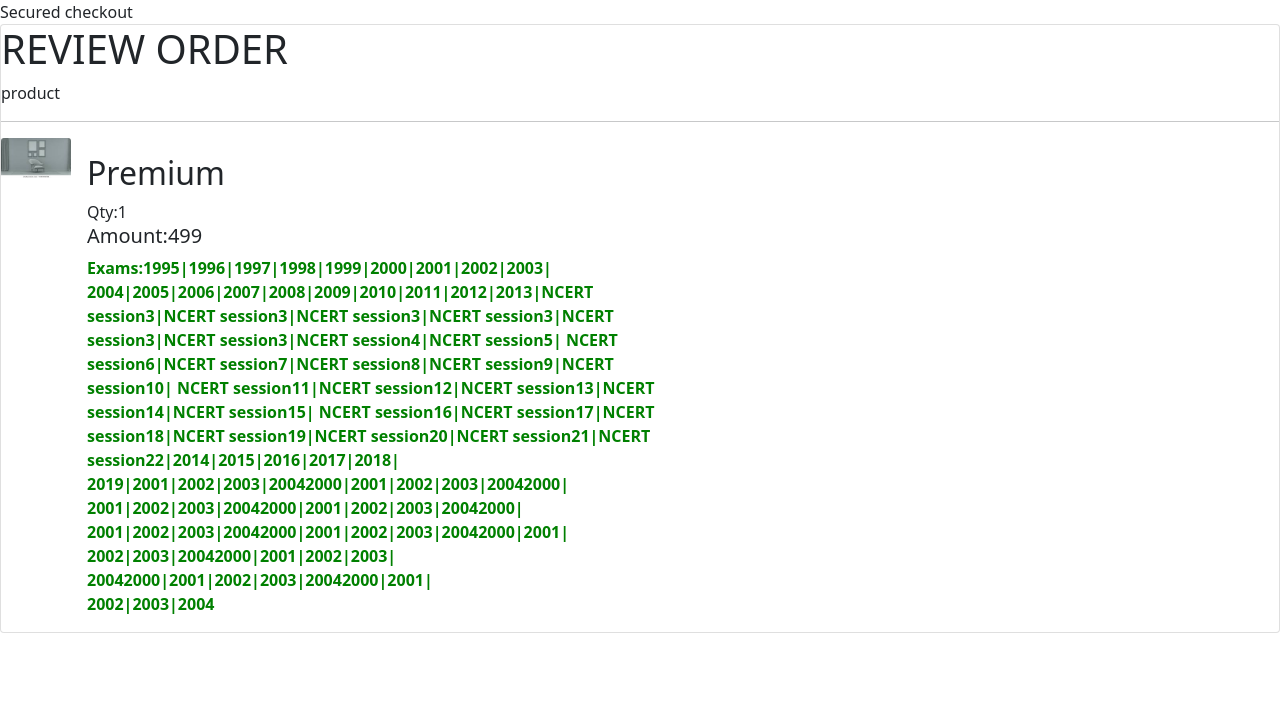
Repository: sreech465/e-prathibha
Page: /checkouts
An editor plug-in stored every save of this project. The page is shown before and after the next save, followed by the edit.
The browser window is 1280 px wide. The pictures show the whole page.
The project was rebuilt for these pictures with package versions that can differ from the ones it lists, and the page was loaded fresh each time. Also part of the build but not shown: src/Redux/Actions.js, src/Components/Register.js, src/Components/Verify.js, src/Components/Header.js, src/Components/Login.js, src/Components/Popup.css, src/Components/Popup.js, src/Components/WritExam.css and 9 more.

Above is the page before, as saved 2022-10-18 18:54:00.

After the next save:
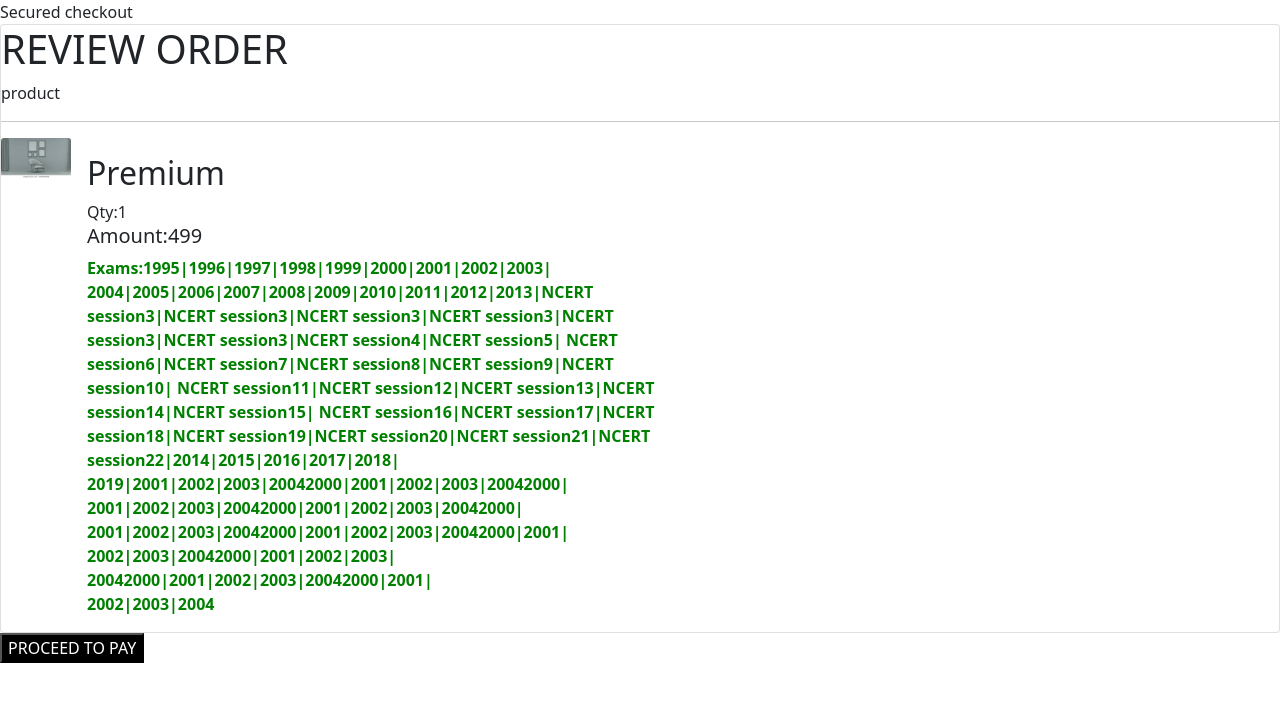
Saved 99 s later.
--- a/src/Components/Checkouts.js
+++ b/src/Components/Checkouts.js
@@ -54,6 +54,9 @@
           </div>
         </div>
       </div>
+      <button style={{ backgroundColor: "black", color: "white" }}>
+        PROCEED TO PAY
+      </button>
     </>
   );
 };
